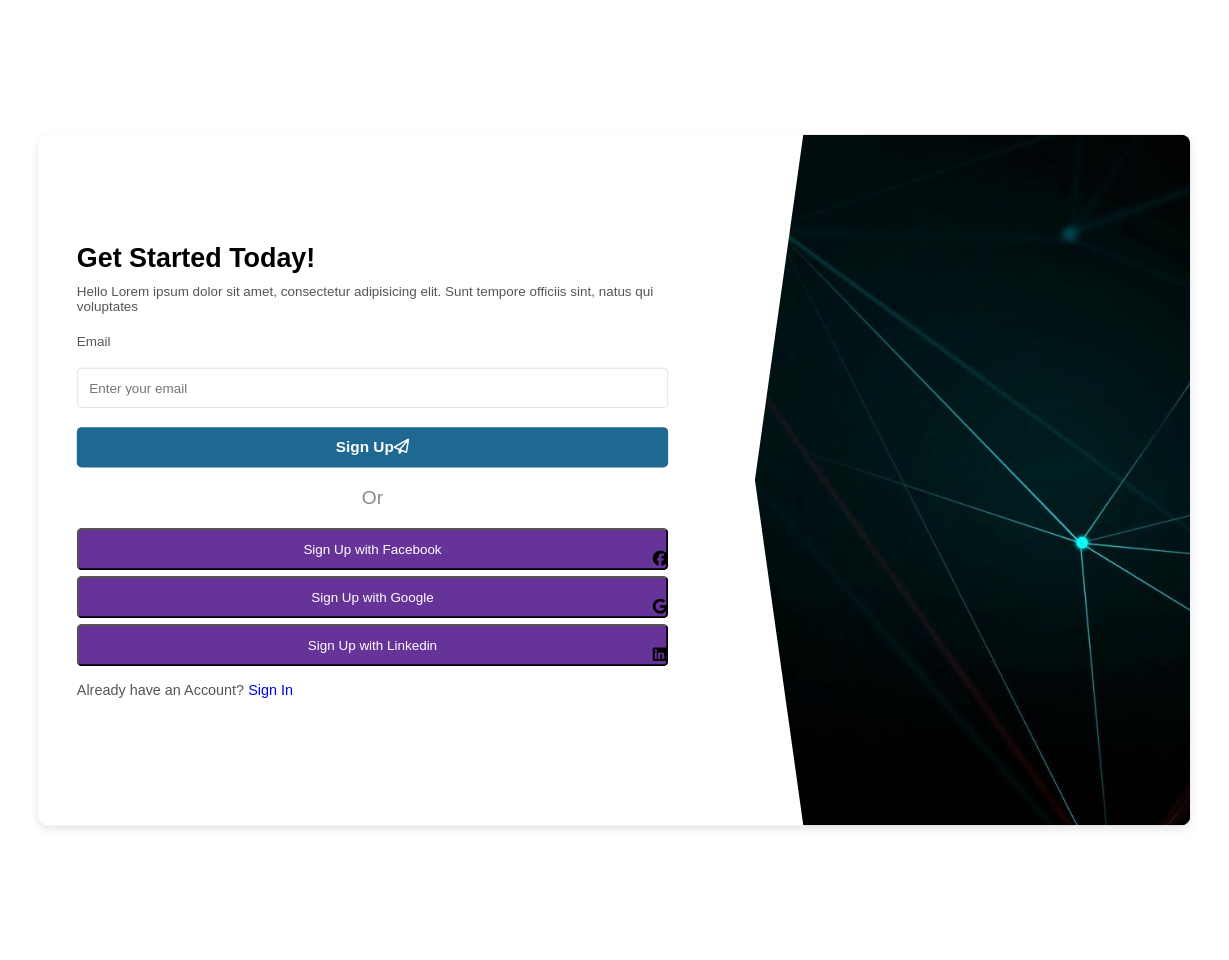
Repository: Femi007-gh/Login-V2
Page: index.html
These files come from the project's save history. The page is drawn as it stood at one moment and after a run of saves; the edit follows.
The browser window is 1280 px wide. The pictures show the whole page, at 96% of full size.

Above is the page before, as saved 2025-01-27 15:21:35.

### index.html
<html>
    <head>
        <title>Login-interface</title>
  <link rel="stylesheet" href="style.css">
  <link rel="stylesheet" href="https://cdnjs.cloudflare.com/ajax/libs/font-awesome/6.5.0/css/all.min.css">
    </head>
    <body>
        <div class="container">
            <div class="left-session">
                <div class="form-container">
                    <h1>Get Started Today!</h1>
                    <p> Hello Lorem ipsum dolor sit amet, consectetur adipisicing elit. Sunt tempore officiis sint, natus qui voluptates </p>
                    <form>
                        <div class="input-group">
                            <p>Email</p>
                            <input type="email" id="email" placeholder="Enter your email" required>
                        </div>
                        <button class="primary-btn" type="submit">Sign Up<i class="fa-regular fa-paper-plane"></i></button>
                    </form>
                    <p class="divider">Or</p>
                    <div class="social-buttons">
                        <button class="social-btn facebook-btn">
                            Sign Up with Facebook
                        </button>
                        <i class="fa-brands fa-facebook"></i>
                        <button class="social-btn google-btn">
                            Sign Up with Google
                        </button>
                        <i class="fa-brands fa-google"></i>
                        <button class="social-btn Linkedin-btn">
                            Sign Up with Linkedin
                        </button>
                        <i class="fa-brands fa-linkedin"></i>
                    </div>
                    <p class="signin-text">Already have an Account? <a href="#">Sign In</a></p>
                </div>
            </div>
            <div class="right-section"></div>
        </div>
    </body>
</html>

### style.css
* {
   padding: 0;
   margin: 0;
   box-sizing: border-box;
}

body {
    font-family: sans-serif;
    background-color: #fff;
    display: flex;
    justify-content: center;
    align-items: center;
    height: 1000px;
}

.container {
  display: flex;
  max-width: 1200px;
  width: 100%;
  background-color: #fff;
  border-radius: 10px;
  overflow: hidden;
  box-shadow: 0 4px 10px rgba(0, 0, 0, 0.1);
}

.left-session {
  flex: 1;
  padding: 40px;
  display: flex;
  justify-content: center;
  align-items: center;
}

h1 {
  font-size: 28px;
  font-weight: bold;
  margin-bottom: 10px;
}

p {
  font-size: 14px;
  color: #555;
  margin-bottom: 20px;
}

.input-group {
  margin-bottom: 20px;
}

.input-group input {
  width: 100%;
  padding: 12px;
  font-size: 14px;
  border: 1px solid #dddd;
  border-radius: 5px;
}

.primary-btn {
  width: 100%;
  padding: 12px;
  background-color: #1F6891;
  color: white;
  border: none;
  border-radius: 5px;
  font-size: 16px;
  font-weight: bold;
  cursor: pointer;
}

.primary-btn:hover {
  background-color: #005a8c;
}

.divider {
  font-size: 20px;
  color: #888;
  margin: 20px 0;
  text-align: center;
}

.social-buttons {
  display: flex;
  flex-direction: column;
  gap: 10px;
}

.social-btn {
  width: 100%;
  padding: 12px;
  font-size: 14px;
  border-radius: 5px;
  color: white;
  display: flex;
  align-items: center;
  justify-content: center;
  background-color: rebeccapurple;
}

.signin-text {
  font-size: 15px;
  margin-top: 20px;
}

.signin-text a {
  text-decoration: none;
}

.right-section {
  flex: 1;
  background: url(ART.jpg) no-repeat center center/cover;
  clip-path: polygon(20% 0%, 100% 0%, 100% 100%, 20% 100%, 10% 50%);
  height: 100vh; /* Adjust height as needed */
}

.fa-brands {
  margin-left: 600px;
  margin-top: -30px;
}

After the next 2 saves:
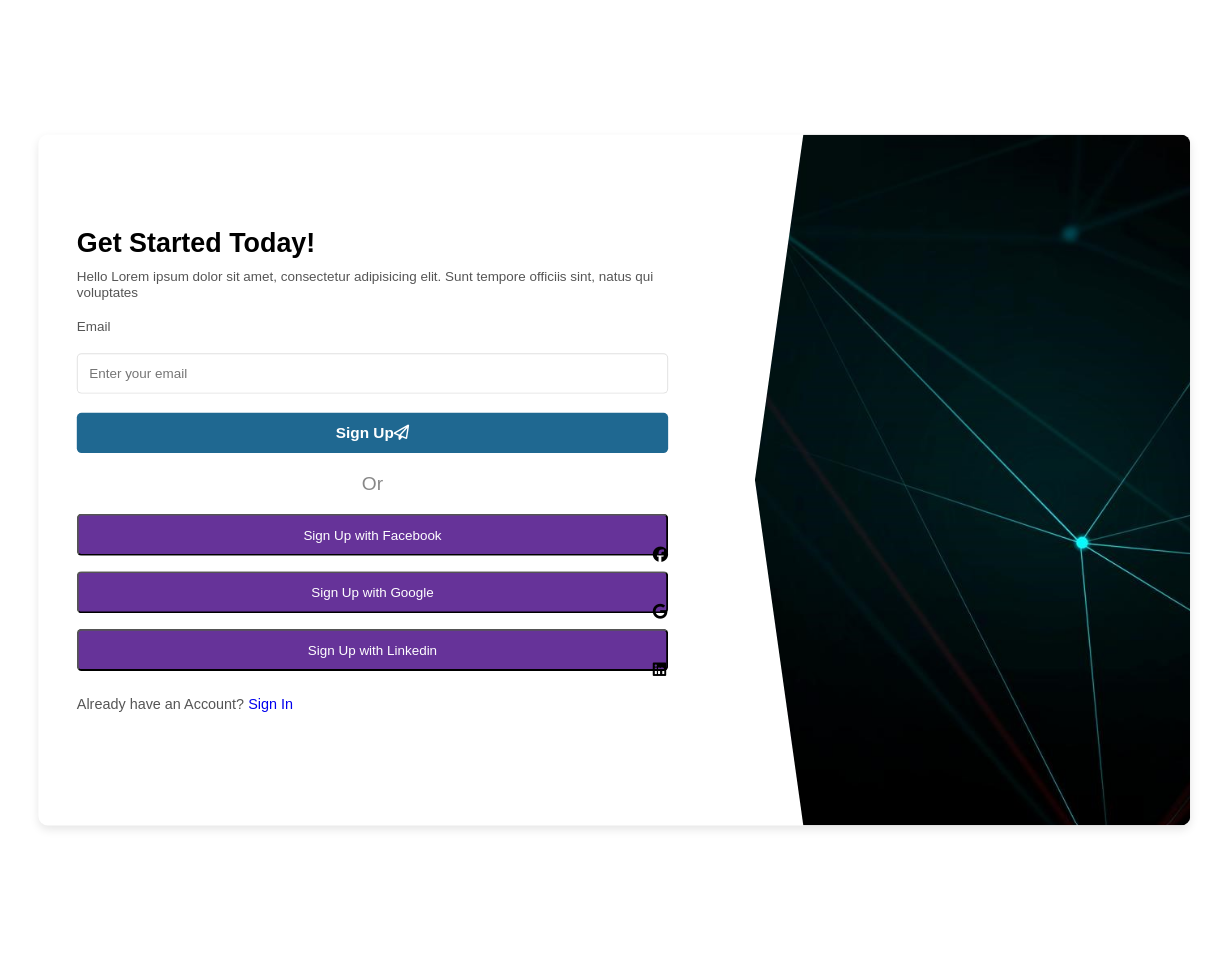
The 2 saves are shown as one change because they came seconds apart.
The last was saved 9 s later.
--- a/style.css
+++ b/style.css
@@ -114,5 +114,5 @@
 
 .fa-brands {
   margin-left: 600px;
-  margin-top: -30px;
+  margin-top: -20px;
 }

After the save that followed:
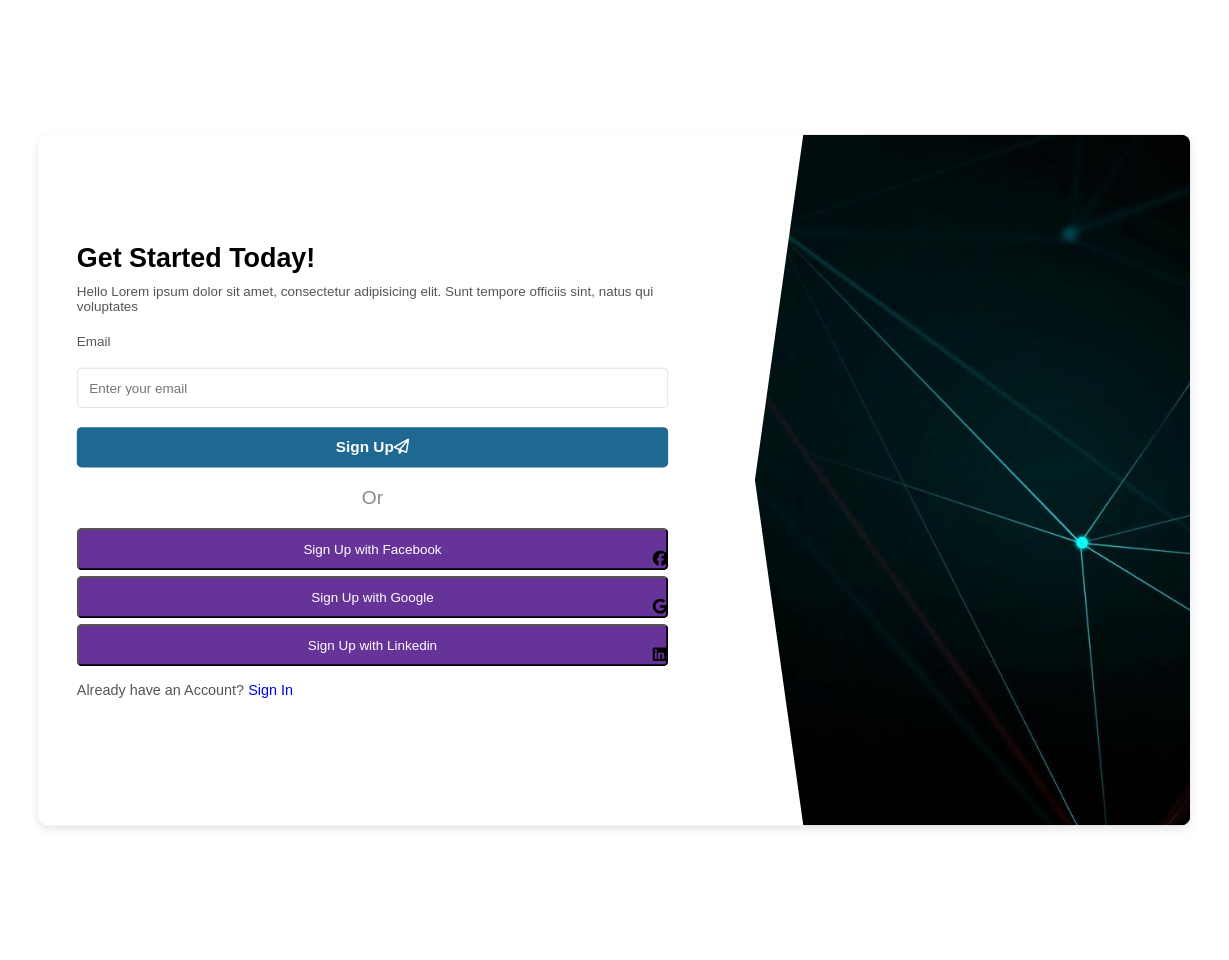
Saved 7 s later.
--- a/style.css
+++ b/style.css
@@ -114,5 +114,5 @@
 
 .fa-brands {
   margin-left: 600px;
-  margin-top: -20px;
+  margin-top: -30px;
 }
